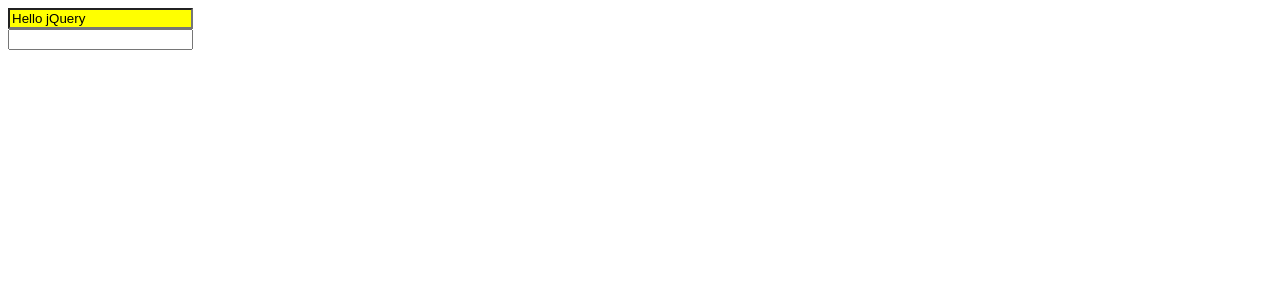
Repository: popconnect/jQuery
Page: http://localhost/jqueryEx01/jquery12.jsp
These files come from the project's save history. The page is drawn as it stood at one moment and after the next save; the edit follows.
The browser window is 1280 px wide. The pictures show the whole page.
The page is served by Tomcat 9.

Above is the page before, as saved 2023-05-15 06:41:32.

### jqueryEx01/src/main/webapp/jquery12.jsp
<%@ page language="java" contentType="text/html; charset=UTF-8"
	pageEncoding="UTF-8"%>
<!DOCTYPE html>
<html>
<head>
<meta charset="UTF-8">
<title>Insert title here</title>

<script src="https://ajax.googleapis.com/ajax/libs/jquery/3.6.4/jquery.min.js"></script>
<script type="text/javascript">
//window.jquery => jquery => $
	$(document).ready(function() {
		// 속성 (^=, *=, ...)
		$('input[type="text"]').css('background-color', 'yellow');
		//$('input[data^="te"]').css('background-color', 'blue');

		//css, val
		$('input[data="text1"]').val('Hello jQuery');
	});

</script>
</head>
<body>
<input type='text' data='text1'><br />
<input type='password' data='text2'><br />
</body>
</html>

After the next save:
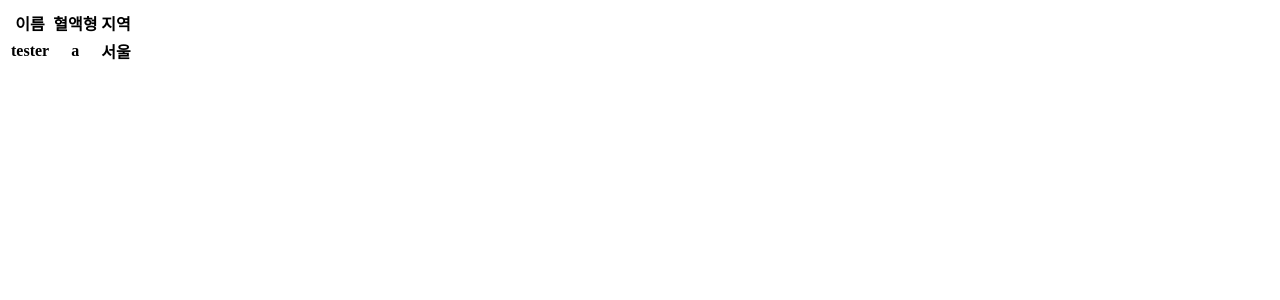
Saved 2 min 21 s later.
--- a/jqueryEx01/src/main/webapp/jquery12.jsp
+++ b/jqueryEx01/src/main/webapp/jquery12.jsp
@@ -10,18 +10,23 @@
 <script type="text/javascript">
 //window.jquery => jquery => $
 	$(document).ready(function() {
-		// 속성 (^=, *=, ...)
-		$('input[type="text"]').css('background-color', 'yellow');
-		//$('input[data^="te"]').css('background-color', 'blue');
 
-		//css, val
-		$('input[data="text1"]').val('Hello jQuery');
 	});
 
 </script>
 </head>
 <body>
-<input type='text' data='text1'><br />
-<input type='password' data='text2'><br />
+<table>
+<tr>
+<th>이름</th>
+<th>혈액형</th>
+<th>지역</th>
+</tr>
+<tr>
+<th>tester</th>
+<th>a</th>
+<th>서울</th>
+</tr>
+</table>
 </body>
 </html>
